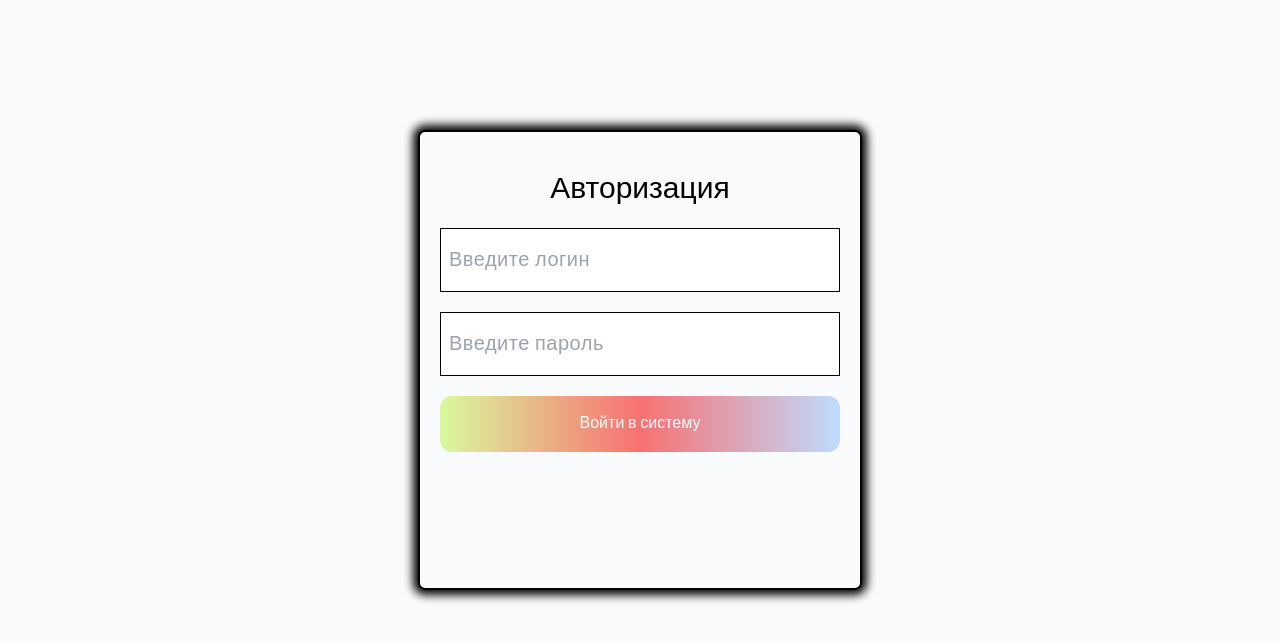
Repository: AlearvickOne/CartridgesApp
Page: /
An editor plug-in stored every save of this project. The page is shown before and after the next save, followed by the edit.
The browser window is 1280 px wide. The pictures show the whole page.
The page's requests for data from a server got no answer. The project was rebuilt for these pictures with package versions that can differ from the ones it lists, and the page was loaded fresh each time. The framework's server and built-in components were replaced by stand-ins that run in the browser. No one was signed in, and anything a server would have sent is missing. Also part of the build but not shown: next.config.mjs.

Above is the page before, as saved 2024-04-19 15:58:17.

After the next save:
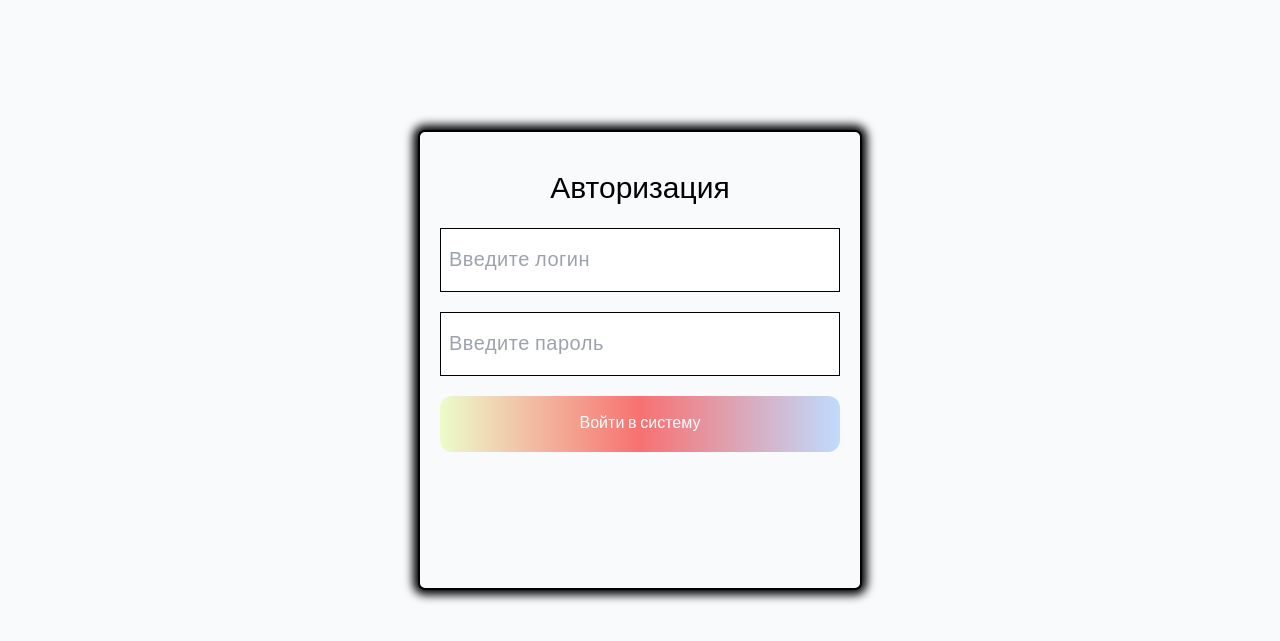
Saved 11 s later.
--- a/src/styles/home/Home.module.scss
+++ b/src/styles/home/Home.module.scss
@@ -16,7 +16,7 @@
       }
 
       > button {
-        @apply p-2 rounded-xl hover:text-violet-200 text-white h-14 bg-gradient-to-r from-lime-200 via-red-400 to-blue-200;
+        @apply p-2 rounded-xl hover:text-violet-200 text-white h-14 bg-gradient-to-r from-lime-100 via-red-400 to-blue-200;
       }
     }
   }
